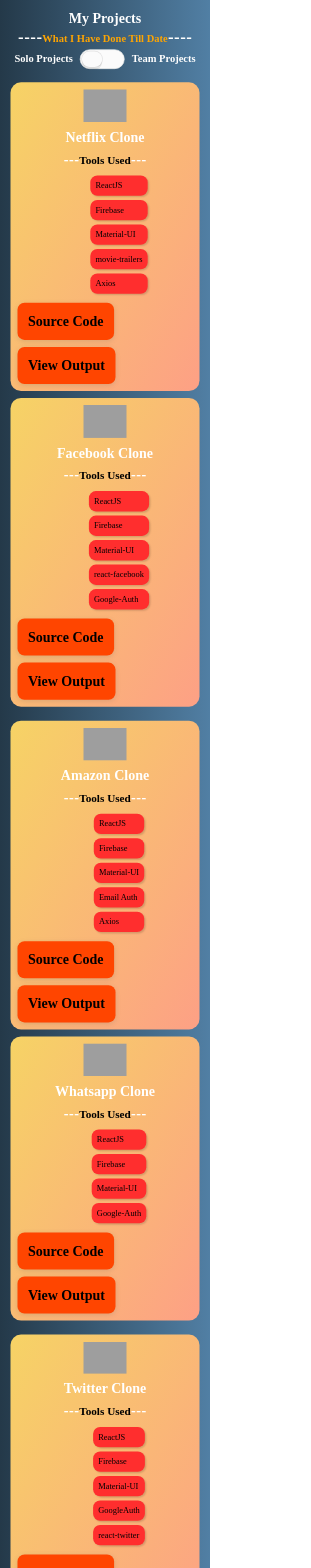
Repository: rgnSayan/my-portfolio-react
Page: /
The author's editor kept a copy of each file at every save. The page is drawn from the files as they stood at one save, then again after the next save.
The browser window is 375 px wide. The page is 444 px wide, so the pictures cover 444 px, including what lies to the right of the window. The pictures show the part of the page from y = 832 to 3072 px (the page is 5956 px tall before and 5281 px after), at 70% of full size.
Pictures or frames that could not be fetched are drawn as grey boxes. Some web fonts or font styles are not loaded; a fallback is used. The project was rebuilt for these pictures with package versions that can differ from the ones it lists, and the page was loaded fresh each time. Also part of the build but not shown: src/Components/GroupProjects.css, src/Components/GroupProjects.js. Imported but missing from the stored project, and not drawn on this page: src/document/document.pdf.

Above is the page before, as saved 2021-09-17 02:00:10.

### src/App.js
import React from 'react'
import Sidebar from './Components/Sidebar'
import Home from './Components/Home'
import './App.css';

function App() {
  return (
    <div className="app">
      <Sidebar />
      <Home />
    </div>
  );
}

export default App;

### src/Components/Sidebar.js
import React from 'react'
import FacebookIcon from '@material-ui/icons/Facebook';
import TwitterIcon from '@material-ui/icons/Twitter';
import InstagramIcon from '@material-ui/icons/Instagram';
import LinkedInIcon from '@material-ui/icons/LinkedIn';
import GitHubIcon from '@material-ui/icons/GitHub';
import MenuIcon from '@material-ui/icons/Menu';
import './Sidebar.css'

function Sidebar() {
    return (
        <div className="sidebar">
            <div className="menu__icon">
                <MenuIcon />
            </div>
            <div className="sidebar__photo">
                <img src="https://scontent.fdbd2-1.fna.fbcdn.net/v/t1.6435-9/50722839_1972004216426448_5408939378581962752_n.jpg?_nc_cat=109&ccb=1-5&_nc_sid=174925&_nc_ohc=hJIp246pz9oAX-RyI-j&_nc_ht=scontent.fdbd2-1.fna&oh=cc929815b4dcd171b51b8dd32e2a6384&oe=61610B0F" alt="" />
                <h2>Sayan Mondal</h2>
                <div className="social__media">
                    <a href="https://www.facebook.com/sayan28072000" target="_blank" rel="noreferrer"><FacebookIcon style={{ color: "#4267B2" }} /></a>
                    <a href="https://www.instagram.com/sayan_ronnie/" target="_blank" rel="noreferrer"><InstagramIcon
                        style={{ color: "#cd486b" }} /></a>
                    <a href="https://twitter.com/SAYANMO83622224/" target="_blank" rel="noreferrer"><TwitterIcon
                        style={{ color: "#1DA1F2" }} /></a>
                    <a href="https://www.linkedin.com/in/sayan-mondal-9145731ba/" target="_blank" rel="noreferrer">< LinkedInIcon style={{ color: "#0077b5" }} /></a>
                    <a href="https://github.com/rgnSayan" target="_blank" rel="noreferrer"><GitHubIcon
                        style={{ color: "#4078c0" }} /></a>
                </div>
            </div>

            <div className="sidebar__option">
                <a href="#home"><span>🏠 Home</span></a>
                <a href="#skills"><span>💻 My Skills</span></a>
                <a href="#projects"><span> 📁 My Projects</span></a>
                <a href="#certificates"><span> 📜 Certificates</span></a>
                <a href="#experiences"><span>💼 Experience</span></a>
                <a href="#contact"><span>📞 Contact Me</span></a>
            </div>
        </div>
    )
}

export default Sidebar

### src/Components/Home.js
import React from 'react'
import HomePage from './HomePage'
import './Home.css'
import Projects from './Projects'
import Skills from './Skills'
import Certificates from './Certificates'
import Experience from './Experience'
import Contact from './Contact'

function Home() {
    return (
        <div className="home">
            <HomePage />
            <Skills />
            <Projects />
            <Certificates />
            <Experience />
            <Contact />
        </div>
    )
}

export default Home

### src/App.css
* {
  margin: 0;
}
.app {
  display: flex;
}

::-webkit-scrollbar {
  width: 15px;
}

::-webkit-scrollbar-track {
  box-shadow: inset 0 0 5px #000;
  border-radius: 10px;
  background-color: black;
}

::-webkit-scrollbar-thumb {
  background: orange;
  border-radius: 10px;
}

### src/Components/Sidebar.css
@import url("https://fonts.googleapis.com/css2?family=Redressed&display=swap");
.sidebar {
  display: flex;
  flex-direction: column;
  flex: 0.2;
  background-color: #272829;
  height: 100vh;
  box-shadow: rgba(0, 0, 0, 0.15) 1.95px 1.95px 2.6px;
  position: sticky;
  z-index: 1;
  top: 0;
  left: 0;
}

.sidebar__photo > img {
  height: 120px;
  width: 120px;
  border-radius: 50%;
  border: 7px solid yellow;
}

.sidebar__photo {
  display: flex;
  align-items: center;
  justify-content: center;
  flex-direction: column;
  margin-top: 10px;
}

.sidebar__photo > h2 {
  font-family: Redressed;
  font-size: 30px;
  padding-top: 10px;
  color: #fff;
}

.sidebar__option {
  display: flex;
  flex-direction: column;
  margin-top: 10px;
  margin-left: 20px;
  line-height: 2.1;
}
.sidebar__option a {
  text-decoration: none;
}

.sidebar__option a > span {
  font-size: 25px;
  font-family: "Redressed", cursive;
  text-align: start;
  font-weight: 500;
  color: #fff;
  /* text-decoration: none; */
}

.sidebar__option a > span:hover {
  cursor: pointer;
  font-weight: 700;
  transition: all 0.5s ease-in-out;
  color: orange;
}

.social__media a > .MuiSvgIcon-root {
  color: black;
  background-color: orange;
  border-radius: 50%;
  padding: 7px;
  margin-right: 5px;
  margin-top: 5px;
  cursor: pointer;
  animation: spin 10s linear infinite;
  animation-play-state: paused;
}
.social__media a > .MuiSvgIcon-root:hover {
  animation-play-state: running;
}
@keyframes spin {
  100% {
    transform: rotate(1turn);
  }
}
.menu__icon > .MuiSvgIcon-root {
  display: none;
}

@media screen and (max-width: 450px) {
  .menu__icon > .MuiSvgIcon-root {
    display: flex;
    color: orange;
    font-size: 2em;
    margin: 0.5em;
  }
  .sidebar {
    display: none;
  }
}

### src/Components/HomePage.js
import React from 'react'
import PersonIcon from '@material-ui/icons/Person';
import './HomePage.css'

function HomePage() {
    return (
        <div className="homePage" id="home">
            <div className="homePage__details">
                <h3>Hi THERE ! </h3>
                <h1> I'M <span>Sayan Mondal</span></h1>
                <p>I'm a Front End Engineer from Durgapur, West Bengal☀️.<br /> I describe myself as a passionate developer who loves coding, open source, and the web platform 💻.I am Currently Pursuing BTech From KIIT University.Bhubaneswar 🎓.</p>
            </div>
            <div className="about__me">
                <label>About Me</label>
                <PersonIcon />
            </div>
        </div>
    )
}

export default HomePage

### src/Components/Home.css
.home {
  display: flex;
  flex: 0.8;
  flex-direction: column;
  background-image: linear-gradient(to right, #243949 0%, #517fa4 100%);
  width: 80vw;
  height: 100%;
  padding-bottom: 30px;
}

@media screen and (min-width: 450px) {
  .home {
    width: 100vw;
  }
}

### src/Components/Projects.js
import React, { useState } from 'react'
import SoloProjects from './SoloProjects'
import GroupProjects from './GroupProjects'
import './Projects.css'

function Projects() {
    const [soloProjectSelected, setSoloProjectSelected] = useState(true);
    return (
        <div className="project__container" id="projects">
            <div className="projects">
                <h1>My Projects</h1>
                <h3>----<span>What I Have Done Till Date</span>----</h3>
            </div>
            <div className="project__cards">
                <div className="projects__toggleSwitch">
                    <h4>Solo Projects</h4>
                    <input
                        class="tgl tgl-ios"
                        id="cb2"
                        type="checkbox"
                        onChange={(e) => setSoloProjectSelected(!soloProjectSelected)}
                    />
                    <label class="tgl-btn" for="cb2"></label>
                    <h4>Team Projects</h4>
                </div>
                <div className="projects__content">
                    {soloProjectSelected ? <SoloProjects /> : <GroupProjects />}
                </div>
            </div>
        </div>
    )
}

export default Projects

### src/Components/Skills.js
import React from 'react'
import './Skills.css'

function Skills() {
    return (
        <div className="skills" id="skills">
            <div className="skills__header">
                <h1>My Skills</h1>
                <h3>---<span>Things I Know</span>---</h3>
            </div>
            <div className="skills__content">
                <img src="https://cdn.pixabay.com/photo/2017/08/05/11/16/logo-2582748_640.png" alt="" />
                <img src="https://cdn.freelogovectors.net/wp-content/uploads/2020/04/css-3-logo.png" alt="" />
                <img src="https://i0.wp.com/asthaandsidharth.com/wp-content/uploads/2016/03/js-logo.png?fit=500%2C500&ssl=1" alt="" />
                <img src="https://upload.wikimedia.org/wikipedia/commons/thumb/a/a7/React-icon.svg/1280px-React-icon.svg.png" alt="" />

            </div>
            <div className="skills__content">
                <img src="https://upload.wikimedia.org/wikipedia/commons/thumb/1/18/C_Programming_Language.svg/1200px-C_Programming_Language.svg.png" alt="" />
                <img src="https://upload.wikimedia.org/wikipedia/commons/thumb/1/18/ISO_C%2B%2B_Logo.svg/1200px-ISO_C%2B%2B_Logo.svg.png" alt="" />
                <img src="https://upload.wikimedia.org/wikipedia/commons/thumb/c/c3/Python-logo-notext.svg/1200px-Python-logo-notext.svg.png" alt="" />
                <img src="https://i.pinimg.com/originals/41/95/cf/4195cf989fac0128a89669f40a1e3496.png" alt="" />
                <img src="https://material-ui.com/static/logo.png" alt="" />
            </div>
            <div className="skills__content">
                <img src="https://www.freepnglogos.com/uploads/logo-mysql-png/logo-mysql-mysql-logo-png-images-are-download-crazypng-21.png" alt="" />
                <img src="https://github.githubassets.com/images/modules/logos_page/GitHub-Mark.png" alt="" />
                <img src="https://cdn.dribbble.com/users/528264/screenshots/3140440/firebase_logo.png" alt="" />
                <img src="https://about.gitlab.com/images/press/logo/png/gitlab-logo-gray-stacked-rgb.png" alt="" />
                <img src="https://www.kindpng.com/picc/m/188-1882559_python-flask-hd-png-download.png" alt="" />
            </div>
        </div>
    )
}

export default Skills

### src/Components/Certificates.js
import React from 'react'
import './Certificates.css'
import javascript from '../images/javaScript.png'
import juspay from '../images/Juspay.png'
import ps from '../images/ProblemSolving.png'
import react from '../images/React.png'
import sql from '../images/SQL.png'
import pv from '../images/PV.jpg'

function Certificates() {
    return (
        <div className="certificates" id="certificates" >
            <div className="certificates__header">
                <h1>My Certificates</h1>
                <h4>---<span>Achievements</span>---</h4>
            </div>
            <div className="certificates__container">
                <img src={pv} alt="###" />
                <img src={juspay} alt="###" />
            </div>
            <div className="certificates__container">
                <img src={ps} alt="###" />
                <img src={react} alt="###" />
            </div>
            <div className="certificates__container container3">
                <img src={sql} alt="###" />
                <img src={javascript} alt="###" />
            </div>
        </div>
    )
}

export default Certificates

### src/Components/Experience.js
import React from 'react'
import document from '../document/document.pdf'
import './Experience.css'

function Experience() {
    return (
        <div className="experience" id="experiences">
            <div className="experience__header">
                <h1>Experience</h1>
                <h4>---<span>My Adventure</span>---</h4>
            </div>

            <div className="experience__content">

                <div className="experience__container">
                    <div className="container__id">
                        <p>1</p>
                    </div>
                    <div className="container__header">
                        <h2>Prime Vogue</h2>
                        <h4>5th July 2021 - 10 Sep 2021</h4>
                        <h3> Front End Developer </h3>
                    </div>
                    <div className="container__body">
                        <p>During the period, I handled Designing & Development of the website as a web developer. I worked on various frameworks including ReactJS, Redux, Material-UI, Firebase.</p>
                    </div>
                    <div className="container__skills">
                        <p>HTML</p>
                        <p>CSS</p>
                        <p>JavaScript</p>
                        <p>ReactJS</p>
                        <p>Firebase</p>
                        <p>Redux</p>
                    </div>
                    <div className="container__button">
                        <a href={document} target="_blank" rel="noreferrer">
                            <button>View Docs</button>
                        </a>
                    </div>
                </div>

                <div className="experience__container">
                    <div className="container__id">
                        <p>2</p>
                    </div>
                    <div className="container__header">
                        <h2>Oye Beauty</h2>
                        <h4>6th August 2021 - Present</h4>
                        <h3> Front End Developer </h3>
                    </div>
                    <div className="container__body">
                        <p>During the period, I am handling Designing & Development of the website as a web developer. I worked on various frameworks including ReactJS, Redux ,Firebase,Github.</p>
                    </div>
                    <div className="container__skills">
                        <p>HTML</p>
                        <p>CSS</p>
                        <p>JavaScript</p>
                        <p>ReactJS</p>
                    </div>
                    <div className="container__skills">
                        <p>Firebase</p>
                        <p>Redux</p>
                        <p>Axios</p>
                    </div>
                </div>
            </div>
        </div>
    )
}

export default Experience

### src/Components/Contact.js
import React from 'react'
import PhoneIcon from '@material-ui/icons/Phone';
import MailIcon from '@material-ui/icons/Mail';
import RoomIcon from '@material-ui/icons/Room';
import './Contact.css'

function Contact() {
    return (
        <div className="contact" id="contact">

            <div className="contact__header">
                <h1>Contact</h1>
                <h4>---<span>How To Reach Me</span>---</h4>
            </div>

            <div className="contact__container">
                <div className="contact__phone">
                    <PhoneIcon style={{ color: "4285F4" }} />
                    <h3>+91 8967697371</h3>
                </div>
                <div className="contact__location">
                    <a href="https://www.google.com/maps/@23.5673375,87.2730191,16z" target="_blank" rel="noreferrer">
                        <RoomIcon style={{ color: 'FF0000' }} />
                    </a>
                    <h3>Durgapur, West Bengal</h3>
                </div>
                <div className="contact__mail">
                    <a href="mailto:1805603@kiit.ac.in" target="_blank" rel="noreferrer">
                        <MailIcon style={{ color: "EA4335" }} />
                    </a>
                    <h3>1805603@kiit.ac.in</h3>
                </div>
            </div>

        </div >
    )
}

export default Contact

### src/Components/HomePage.css
.homePage__details > h3 {
  color: #fff;
  font-family: Redressed;
  font-size: 35px;
  margin-top: 100px;
  margin-left: 23%;
}

.homePage__details > h1 {
  color: #fff;
  font-family: Redressed;
  font-size: 80px;
  padding-top: 15px;
  text-align: center;
}
.homePage__details > h1 > span {
  color: orange;
}
.homePage__details > p {
  color: white;
  font-family: Redressed;
  text-align: start;
  font-size: 25px;
  margin: 2% 24%;
}
.about__me {
  display: flex;
  align-items: center;
  justify-content: center;
  background-color: orange;
  padding: 10px;
  width: 110px;
  margin-left: 24%;
  border-radius: 15px;
  margin-bottom: 13%;
}

.about__me > label {
  color: white;
  font-size: 20px;
  font-family: Redressed;
  padding-right: 10px;
  text-transform: capitalize;
  color: black;
}

.about__me > .MuiSvgIcon-root {
  color: black;
}

@media screen and (max-width: 450px) {
  .homePage__details > h3 {
    font-size: 30px;
    margin-left: 2%;
  }
  .homePage__details > h1 {
    font-size: 40px;
    padding-bottom: 10%;
  }
  .homePage__details > p {
    text-align: center;
    font-size: 20px;
    margin: 0% 2%;
    line-height: 1.8;
    padding-bottom: 10%;
  }
  .homePage__details {
    margin-top: -30%;
  }
  .about__me {
    margin-bottom: 15%;
    margin-left: 28%;
  }
}

### src/Components/Projects.css
.projects > h1 {
  color: #fff;
  font-size: 30px;
  font-family: Redressed;
  text-align: center;
  margin-top: 10px;
}
.projects > h3 {
  color: #fff;
  text-align: center;
  padding-top: 5px;
}
.projects > h3 > span {
  color: orange;
  font-family: Redressed;
  font-size: 30px;
}
.tgl {
  display: none;
}

.tgl,
.tgl:after,
.tgl:before,
.tgl *,
.tgl *:after,
.tgl *:before,
.tgl + .tgl-btn {
  box-sizing: border-box;
}

.tgl::-moz-selection,
.tgl:after::-moz-selection,
.tgl:before::-moz-selection,
.tgl *::-moz-selection,
.tgl *:after::-moz-selection,
.tgl *:before::-moz-selection,
.tgl + .tgl-btn::-moz-selection {
  background: none;
}

.tgl::selection,
.tgl:after::selection,
.tgl:before::selection,
.tgl *::selection,
.tgl *:after::selection,
.tgl *:before::selection,
.tgl + .tgl-btn::selection {
  background: none;
}

.tgl + .tgl-btn {
  outline: 0;
  display: block;
  width: 4em;
  height: 1.75em;
  position: relative;
  cursor: pointer;
  -webkit-user-select: none;
  -moz-user-select: none;
  -ms-user-select: none;
  user-select: none;
}

.tgl + .tgl-btn:after,
.tgl + .tgl-btn:before {
  position: relative;
  display: block;
  content: "";
  width: 50%;
  height: 100%;
}

.tgl + .tgl-btn:after {
  left: 0;
}

.tgl + .tgl-btn:before {
  display: none;
}

.tgl:checked + .tgl-btn:after {
  left: 50%;
}

.tgl-ios + .tgl-btn {
  background: #fbfbfb;
  border-radius: 2em;
  padding: 2px;
  transition: all 0.4s ease;
  border: 1px solid #e8eae9;
}

.tgl-ios + .tgl-btn:after {
  border-radius: 2em;
  background: #fbfbfb;
  transition: left 0.3s cubic-bezier(0.175, 0.885, 0.32, 1.275),
    padding 0.3s ease, margin 0.3s ease;
  box-shadow: 0 0 0 1px rgba(0, 0, 0, 0.1), 0 4px 0 rgba(0, 0, 0, 0.08);
}

.tgl-ios + .tgl-btn:hover:after {
  will-change: padding;
}

.tgl-ios + .tgl-btn:active {
  box-shadow: inset 0 0 0 2em #e8eae9;
}

.tgl-ios + .tgl-btn:active:after {
  padding-right: 0.8em;
}

.tgl-ios:checked + .tgl-btn {
  background: orange;
}

.tgl-ios:checked + .tgl-btn:active {
  box-shadow: none;
}

.tgl-ios:checked + .tgl-btn:active:after {
  margin-left: -0.8em;
}
.projects__toggleSwitch > h4 {
  color: #fff;
  font-size: 20px;
  text-align: center;
  font-family: Redressed;
  padding: 10px;
}
.projects__toggleSwitch {
  display: flex;
  align-items: center;
  justify-content: center;
}

@media screen and (max-width: 450px) {
  .projects > h1 {
    font-size: 20px;
  }
  .projects > h3 > span {
    font-size: 15px;
  }
  .projects__toggleSwitch > h4 {
    font-size: 15px;
  }
}

### src/Components/Skills.css
.skills {
  padding-bottom: 7%;
}

.skills__header > h1 {
  color: #fff;
  font-family: Redressed;
  text-align: center;
}
.skills__header > h3 {
  color: #fff;
  font-family: Redressed;
  text-align: center;
}
.skills__header > h3 > span {
  color: orange;
}
.skills__content > img {
  height: 105px;
  width: auto;
  padding: 20px;
  cursor: pointer;
  transition: transform 0.2s;
}

.skills__content {
  display: flex;
  align-items: center;
  justify-content: space-evenly;
}
.skills__content > img:hover {
  transform: scale(1.5);
}

@media screen and (max-width: 450px) {
  .skills__content > img {
    height: 40px;
    padding: 10px 5px;
  }
  .skills__content {
    justify-content: center;
  }
}

### src/Components/Certificates.css
.certificates__header > h1 {
  color: #fff;
  font-size: 40px;
  font-weight: bold;
  font-family: Redressed;
  text-align: center;
}
.certificates__header {
  line-height: 1.5;
}
.certificates__header > h4 {
  color: #fff;
  font-family: Redressed;
  font-size: 20px;
  text-align: center;
}
.certificates__header > h4 > span {
  color: orange;
}
.certificates__container > img {
  height: 40%;
  width: 45%;
  margin: 10px;
}
.certificates__container {
  margin: 10px;
  display: flex;
  align-items: center;
  justify-content: center;
}
.certificates__container > img:hover {
  transform: translateY(-10px);
  box-shadow: rgba(0, 0, 0, 0.35) 0px 5px 15px;
}

### src/Components/Experience.css
.experience {
  padding-top: 10px;
}

.experience__header > h1 {
  color: #fff;
  text-align: center;
  font-family: Redressed;
  font-size: 40px;
  font-weight: bold;
}
.experience__header > h4 {
  color: #fff;
  text-align: center;
  font-family: Redressed;
  font-size: 20px;
}
.experience__header > h4 > span {
  color: orange;
}

.container__id > p {
  color: #fff;
  font-size: 40px;
  border-radius: 50%;
  padding: 10px 25px;
  background-color: #6c757d;
  font-family: Redressed;
}

.container__id {
  display: flex;
  align-items: center;
  justify-content: center;
}

.experience__content {
  display: flex;
  margin-top: 2%;
}

.experience__container {
  margin: 15px;
  width: 45%;
  padding: 15px;
  background-image: linear-gradient(120deg, #f6d365 0%, #fda085 100%);
  border-radius: 20px;
}

.container__header > h2 {
  text-align: center;
  font-family: Redressed;
  font-size: 30px;
}
.container__header > h4 {
  text-align: center;
  font-family: Redressed;
  font-size: 15px;
}

.container__header > h3 {
  text-align: center;
  font-family: Redressed;
  font-size: 25px;
  font-weight: bold;
}
.container__header {
  line-height: 1.5;
  margin-bottom: 15px;
}
.container__body {
  text-align: justify;
  font-family: Redressed;
  margin-bottom: 15px;
}

.container__skills {
  display: flex;
  align-items: center;
  justify-content: center;
}
.container__skills > p {
  color: #fff;
  font-family: Redressed;
  background-color: orangered;
  margin: 5px;
  padding: 10px;
  border-radius: 10px;
  cursor: pointer;
}

.container__button a > button {
  padding: 15px 25px;
  border-radius: 10px;
  background-color: red;
  border: none;
  color: #fff;
  font-family: Redressed;
  cursor: pointer;
}

.container__button {
  display: flex;
  align-items: center;
  justify-content: center;
  margin-top: 30px;
}

### src/Components/Contact.css
.contact__header > h1 {
  font-size: 40px;
  text-align: center;
  color: #fff;
  font-weight: bold;
  font-family: Redressed;
  padding-top: 5%;
}

.contact__header > h4 {
  font-size: 20px;
  text-align: center;
  color: #fff;
  font-family: Redressed;
}
.contact__header > h4 > span {
  color: orange;
}

.contact__header {
  margin-bottom: 2%;
}

.contact__container {
  display: flex;
  align-items: center;
  justify-content: space-evenly;
}
.contact__phone {
  display: flex;
  align-items: center;
  justify-content: center;
  flex-direction: column;
  cursor: pointer;
}

.contact__phone > .MuiSvgIcon-root {
  color: #fff;
  padding: 10px;
  background-color: #fbbc05;
  border-radius: 50%;
  margin: 10px;
}
.contact__phone > .MuiSvgIcon-root:hover {
  transform: translateY(-10px);
}

.contact__phone > h3 {
  color: #fff;
  font-family: Redressed;
}
.contact__mail {
  display: flex;
  align-items: center;
  justify-content: center;
  flex-direction: column;
  cursor: pointer;
}
.contact__mail a > .MuiSvgIcon-root {
  color: #fff;
  padding: 10px;
  background-color: #fbbc05;
  border-radius: 50%;
  margin: 10px;
  text-decoration: none;
}

.contact__mail a > .MuiSvgIcon-root:hover {
  transform: translateY(-10px);
}

.contact__mail > h3 {
  color: #fff;
  font-family: Redressed;
}
.contact__location {
  display: flex;
  align-items: center;
  justify-content: center;
  flex-direction: column;
  cursor: pointer;
}
.contact__location a > .MuiSvgIcon-root {
  color: #fff;
  padding: 10px;
  background-color: #fbbc05;
  border-radius: 50%;
  margin: 10px;
}
.contact__location a > .MuiSvgIcon-root:hover {
  transform: translateY(-10px);
}

.contact__location > h3 {
  color: #fff;
  font-family: Redressed;
}

### src/Components/SoloProjects.css
.soloProjects {
  display: flex;
  margin-top: 10px;
}

.soloProjects__card > img {
  height: 25%;
  width: 25%;
}
.soloProjects__card > img:hover {
  transform: scale(1.5);
}

.soloProjects__card > img.grow {
  transition: all 0.2s ease-in-out;
}

.soloProjects__card {
  display: flex;
  align-items: center;
  justify-content: center;
  flex-direction: column;
  margin: 5px 15px;
  background-image: linear-gradient(120deg, #f6d365 0%, #fda085 100%);
  padding: 10px;
  border-radius: 15px;
  height: 100%;
}

.soloProjects__card > h1 {
  color: #fff;
  font-size: 30px;
  font-weight: bold;
  font-family: Redressed;
  padding: 10px;
  text-align: center;
}
.soloProjects__card > ul {
  list-style: none;
  display: flex;
  align-items: center;
  justify-content: center;
  margin-top: 10px;
}
.soloProjects__card > ul > li {
  padding: 7px;
  font-size: 20px;
  font-family: Redressed;
  background-color: #ff2e2e;
  margin: 5px;
  border-radius: 10px;
  box-shadow: rgba(0, 0, 0, 0.15) 1.95px 1.95px 2.6px;
}
.soloProjects__card > ul > li:hover {
  transform: translateY(-15px);
}

.soloProjects__card > h4 {
  color: #fff;
  text-align: center;
}
.soloProjects__card > h4 > span {
  color: black;
  font-family: Redressed;
}
.soloProjects__button a > button {
  text-decoration: none;
  background-color: orangered;
  border: none;
  padding: 15px;
  border-radius: 10px;
  margin-right: 10px;
  margin-top: 10px;
  font-family: Redressed;
  font-weight: bold;
  font-size: 20px;
  box-shadow: rgba(99, 99, 99, 0.2) 0px 2px 8px 0px;
}

@media screen and (max-width: 450px) {
  .soloProjects {
    flex-direction: column;
  }
  .soloProjects__card > h1 {
    font-size: 20px;
  }
  .soloProjects__card > ul > li {
    font-size: 12px;
    margin: 3px;
  }
  .soloProjects__card > ul {
    display: grid;
  }
}

Loaded but not shown: public/index.html (common file); src/index.js (common file); src/index.css (common file); src/reportWebVitals.js (common file); src/Components/SoloProjects.js (184 lines, source omitted)

After the next save:
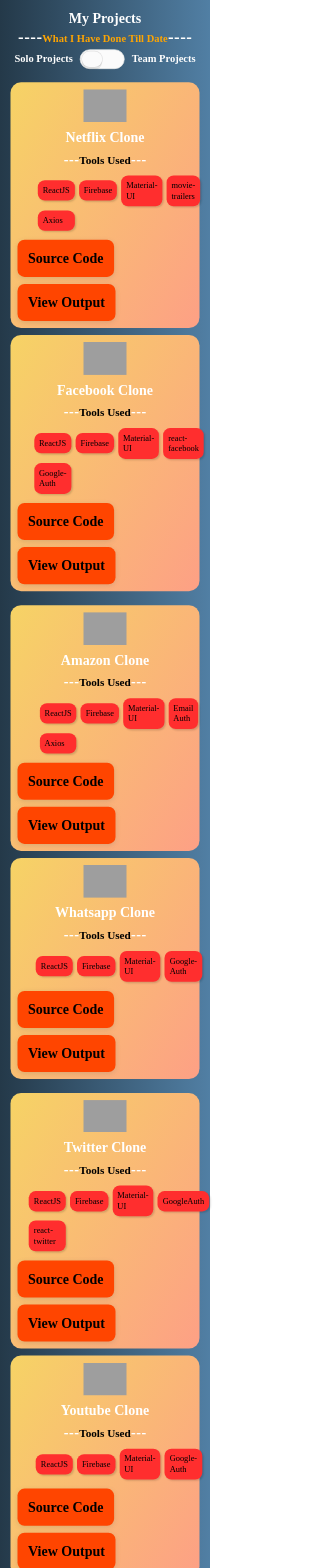
Saved 31 s later.
--- a/src/Components/SoloProjects.css
+++ b/src/Components/SoloProjects.css
@@ -90,5 +90,6 @@
   }
   .soloProjects__card > ul {
     display: grid;
+    grid-template-columns: auto auto auto auto;
   }
 }
